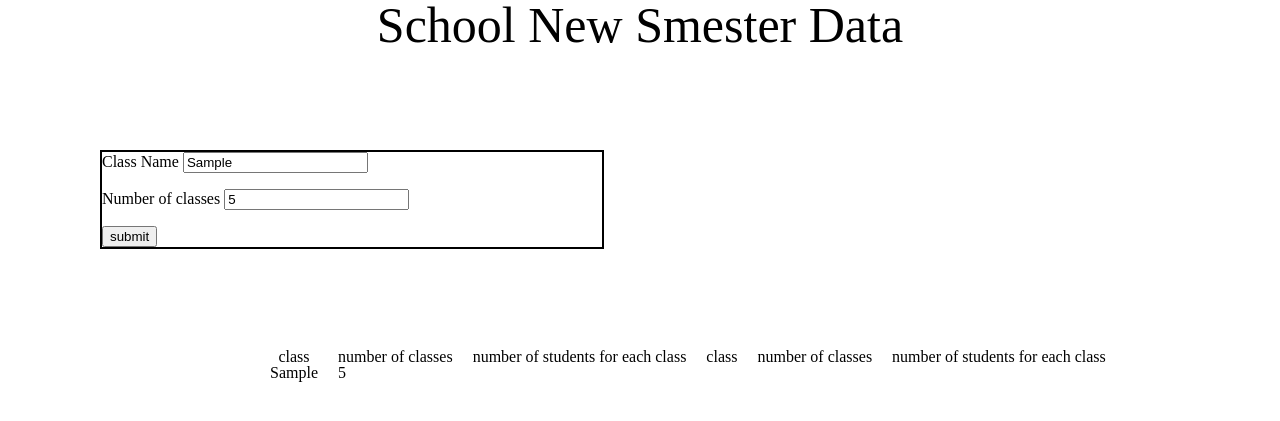
Repository: Razan-am/exam-practice
Page: index.html
An editor plug-in stored every save of this project. The page is shown before and after the next save, followed by the edit.
The browser window is 1280 px wide. The pictures show the whole page.
Empty fields were first filled with sample values (such as "Sample", 5 or name@example.com).
After loading, the first visible `#myForm` was submitted once.

Above is the page before, as saved 2021-05-31 00:33:04.

### index.html
<!DOCTYPE html>
<html lang="en">
<head>
    <meta charset="UTF-8">
    <meta http-equiv="X-UA-Compatible" content="IE=edge">
    <meta name="viewport" content="width=device-width, initial-scale=1.0">
    <title>Document</title>
    <link rel="stylesheet" href="css/reset.css">
    <link rel="stylesheet" href="css/style.css">
</head>
<body>
    <header>
        <h1>School New Smester Data</h1>
    </header>
    <main>
        <form action="" id="myForm">
            <fieldset>
                <label for="className">Class Name</label>
                <input type="text" id="className" name="className" placeholder="9th">
                <br/><br/>
                <label for="classNumber">
                    Number of classes
                </label>
                <input type="number" id="classNamber" name="classNumber">
                <br/><br/>
                <input type="submit" value="submit">
            </fieldset>
        </form>
        <div >
            <table id="table"></table>
        </div>
    </main>
    <footer></footer>
    <script src="js/app.js"></script>
</body>
</html>

### css/style.css
h1{
    text-align: center;
    font-size: 50px;
    margin-bottom: 100px;
}

form{
    margin-left: 100px;
    margin-bottom: 100px;

}
fieldset{
    display: inline-block;
    border: 2px solid black;
    width: 500px;
}

table {
    margin-left: 250px;
}
th{
    padding-left: 20px;
}
td{
    padding-left: 20px;
}

### js/app.js
'use strict';

let myForm = document.getElementById('myForm');
let myTable = document.getElementById('table');

let headerData = ['class', 'number of classes', 'number of students for each class']

let mainArr = [];
function Myform(className, numberOfClasses) {
    this.className = className;
    this.numberOfClasses = numberOfClasses;
    // this.randomNumber = 0;
    mainArr.push(this);

}
console.log(mainArr);

// function random(min, max) {
//     mainArr.randomNumber = Math.floor(Math.random() * (max - min + 1)) + min;
// }


myForm.addEventListener('submit', handleSubmit);

function handleSubmit(event) {
    event.preventDefault();
    let className = event.target.className.value;
    let classNumber = event.target.classNumber.value;
    new Myform(className, classNumber);
    setting();
    render();
}

let headerEl = document.createElement('tr');
myTable.appendChild(headerEl);
function render() {
    // myTable.textContent='';
    let tBody = document.createElement('tr');
    myTable.appendChild(tBody);
        for (let i = 0; i < headerData.length; i++) {
            let thEl = document.createElement('th');
            headerEl.appendChild(thEl);
            thEl.textContent = `${headerData[i]}`
        }
    for (let index = 0; index < mainArr.length; index++) {
        tBody.textContent='';
        let td1 = document.createElement('td');
        tBody.appendChild(td1);
        td1.textContent = `${mainArr[index].className}`;

        let td2 = document.createElement('td');
        tBody.appendChild(td2);
        td2.textContent = `${mainArr[index].numberOfClasses}`;

        // let td3 = document.createElement('td');
        // tBody.appendChild(td3);
        // td3.textContent = `${mainArr[index].randomNumber}`;
    }

}


function setting() {
    let data = JSON.stringify(mainArr);
    localStorage.setItem('name' , data);
}

function getting() {
    let stringObj = localStorage.getItem('name')
    let normalObj = JSON.parse(stringObj);
    if(normalObj !== null){
        mainArr = normalObj;
    }
    render();
}
// random(1, 10);
getting();

Loaded but not shown: css/reset.css (common file)

After the next save:
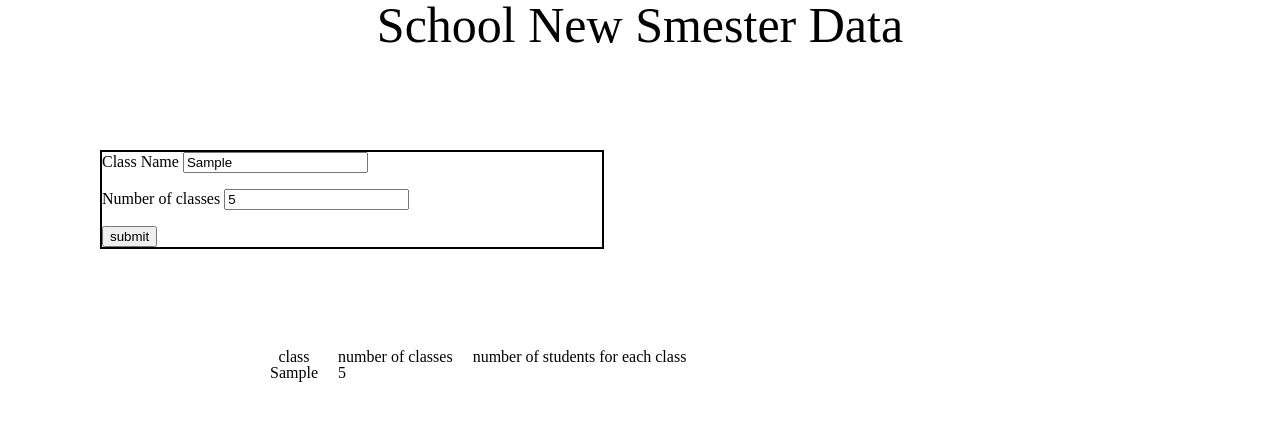
Saved 23 s later.
--- a/js/app.js
+++ b/js/app.js
@@ -37,6 +37,7 @@ function render() {
     // myTable.textContent='';
     let tBody = document.createElement('tr');
     myTable.appendChild(tBody);
+    headerEl.textContent = '';
         for (let i = 0; i < headerData.length; i++) {
             let thEl = document.createElement('th');
             headerEl.appendChild(thEl);
